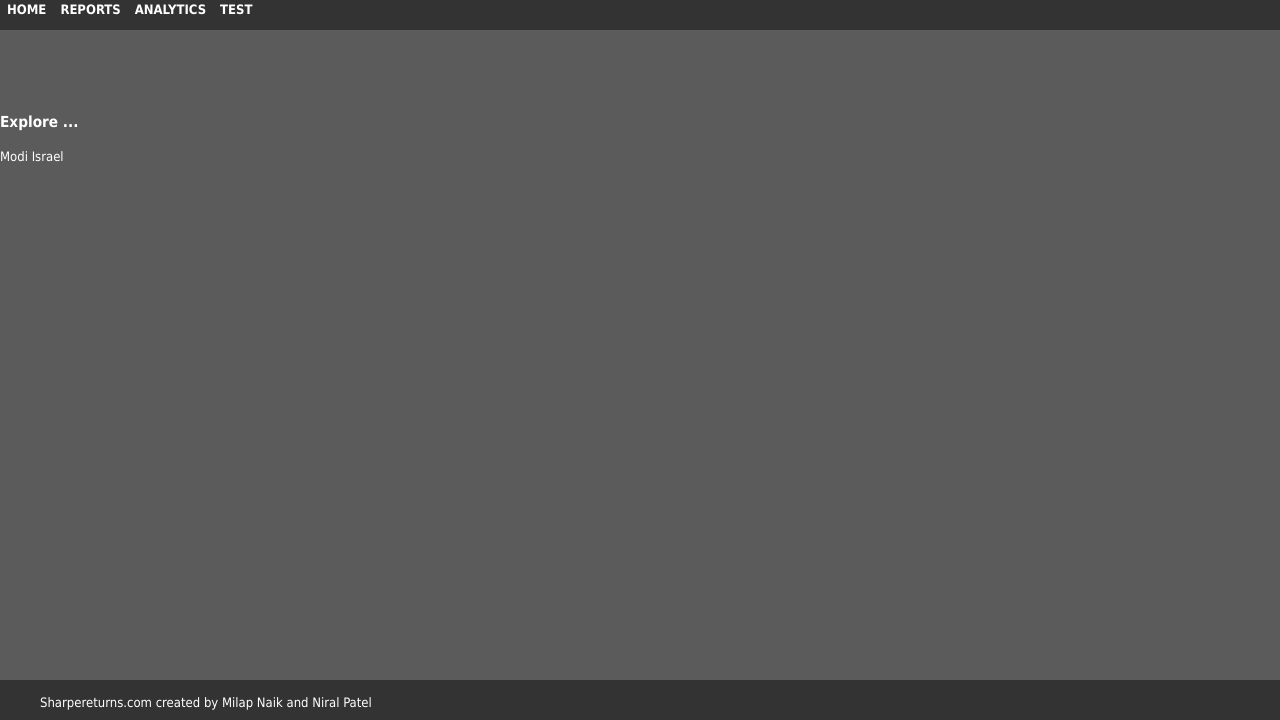
Repository: MilapNaik/Sharpereturns
Page: index.html
The author's editor kept a record of every edit. The page is drawn from the files as they stood at one moment, then again after the next edit.
The browser window is 1280 px wide. The pictures show the whole page.

Above is the page before.

After the next edit:
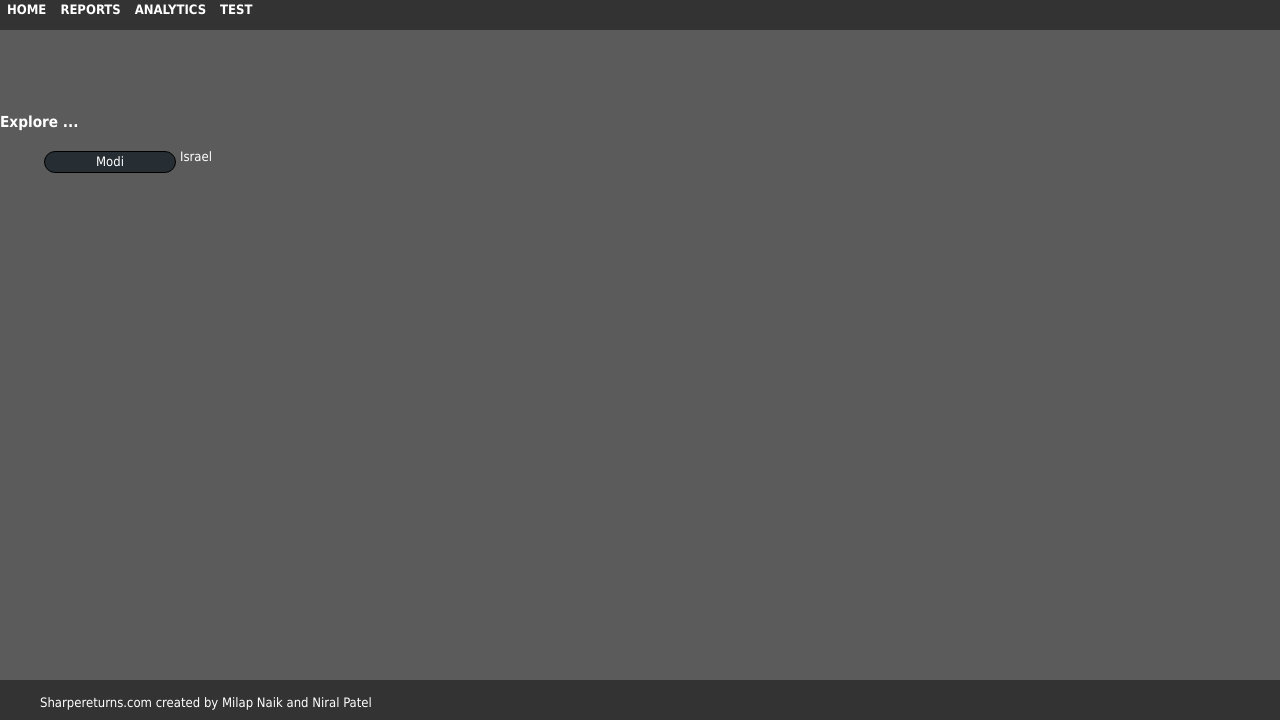
The edit:
--- a/index.html
+++ b/index.html
@@ -36,7 +36,11 @@
     		<h1 id="title">
     			Explore ...
     		</h1>
-    	Modi
+    		<section>
+		<ul>
+			<li><a href="/modi.php">Modi</a></li>
+		</ul>
+    		</section>
     	Israel
     	</section>
     </section>
